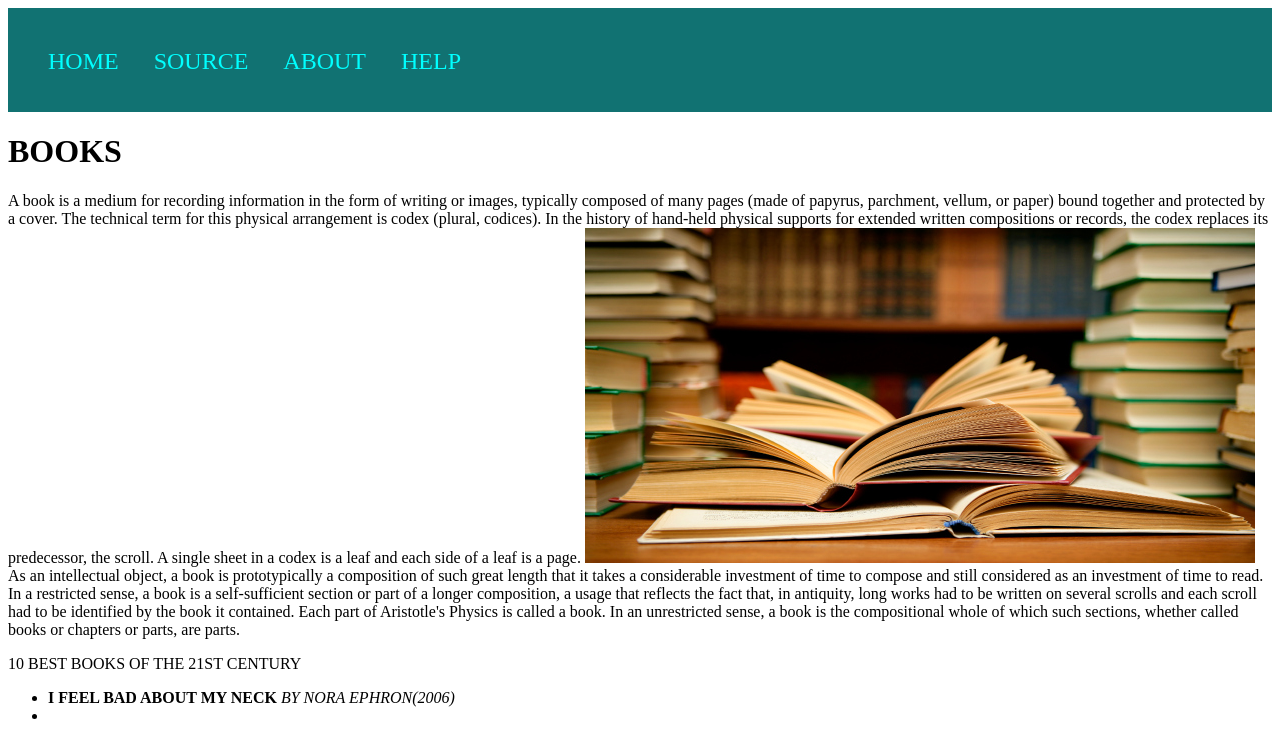
Repository: Hanan-arts/websites
Page: 01 web design/website.html
An editor plug-in stored every save of this project. The page is shown before and after the next save, followed by the edit.
The browser window is 1280 px wide. The pictures show the whole page.

Above is the page before, as saved 2021-02-13 21:22:04.

After the next save:
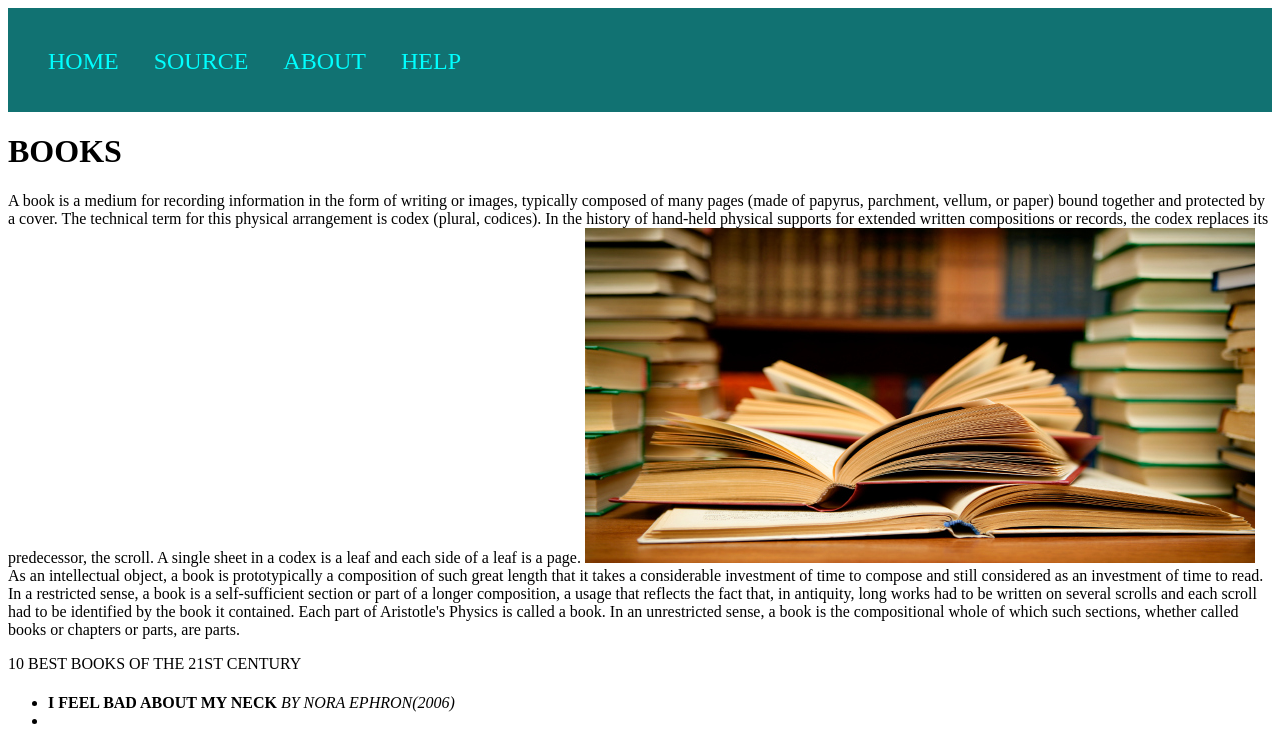
Saved 4 s later.
--- a/01 web design/website.html
+++ b/01 web design/website.html
@@ -47,7 +47,7 @@ In an unrestricted sense, a book is the compositional whole of which such sectio
 or chapters or parts,
 are parts.
 </body>
-<p><h1<b>10 BEST BOOKS OF THE 21ST CENTURY</b><h1</p>
+<p><h1<b>10 BEST BOOKS OF THE 21ST CENTURY</b><h1></h1></p>
 <p>
     <div>
         <ul>
